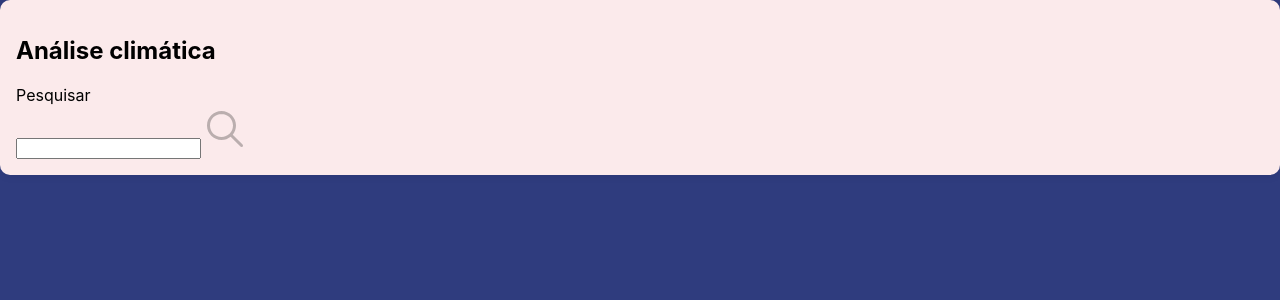
Repository: yurilemos/climate-check
Page: /
These files come from the project's save history. The page is drawn as it stood at one moment and after the next save; the edit follows.
The browser window is 1280 px wide. The pictures show the whole page.
The project was rebuilt for these pictures with package versions that can differ from the ones it lists, and the page was loaded fresh each time. Also part of the build but not shown: src/pages/notFound/index.jsx.

Above is the page before, as saved 2023-05-19 16:45:28.

After the next save:
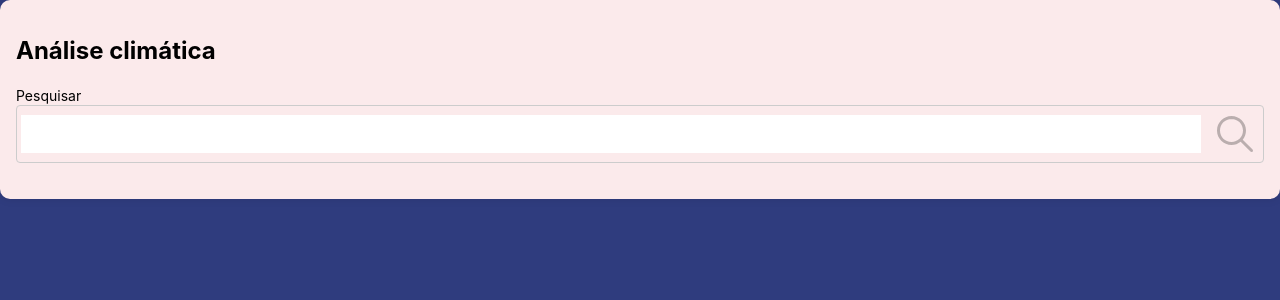
Saved 61 s later.
--- a/src/components/searchInput/style.css
+++ b/src/components/searchInput/style.css
@@ -1,17 +1,36 @@
-.custom-input {
-  display: flex;
-  flex-direction: column;
+.custom-search {
+  position: relative;
   margin-bottom: 20px;
 }
 
-.custom-input label {
+.custom-search label {
   font-size: 14px;
   margin-bottom: 5px;
 }
 
-.custom-input input {
-  padding: 10px;
+.custom-search .search-input {
+  display: flex;
+  align-items: center;
   border: 1px solid #ccc;
   border-radius: 4px;
+  padding: 4px;
+}
+
+.custom-search .search-input input {
+  flex: 1;
+  padding: 10px;
+  border: none;
   font-size: 16px;
+  outline: none;
 }
+
+.custom-search .search-icon {
+  cursor: pointer;
+  margin-left: 10px;
+  color: #666;
+  transition: color 0.3s ease;
+}
+
+.custom-search .search-icon:hover {
+  color: #000;
+}
